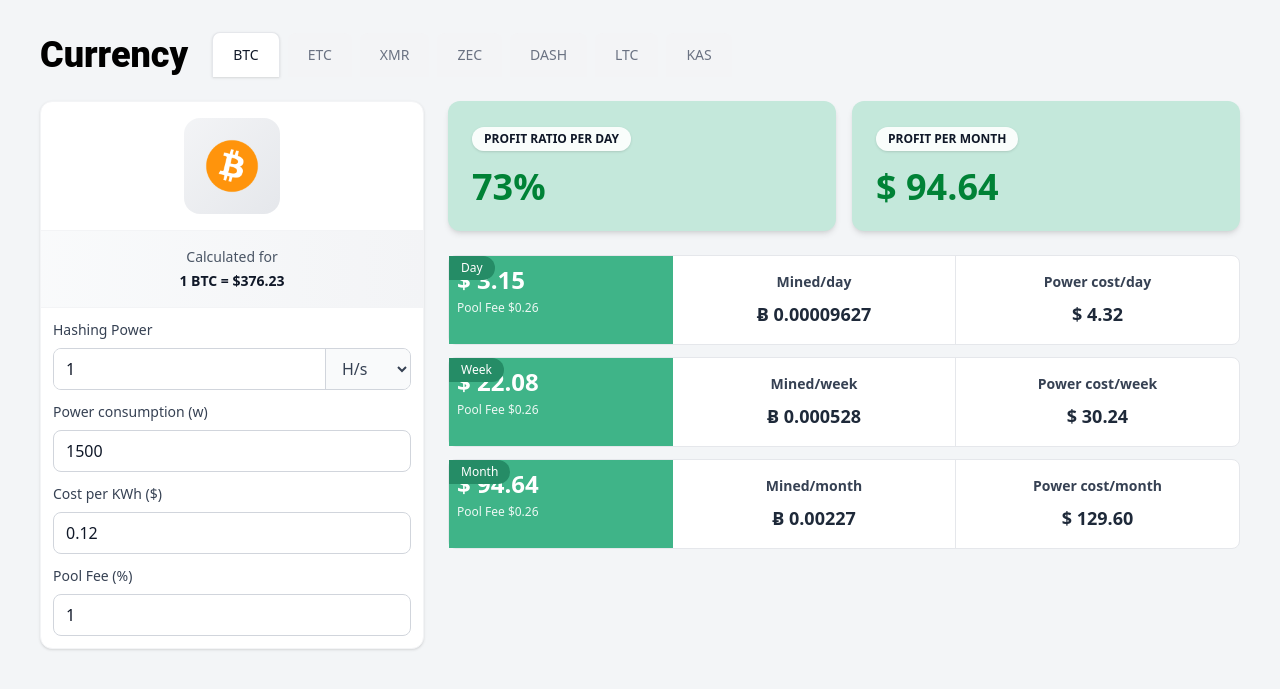
Repository: Bilal-Ahmad-CodeMaster/crypto-proj
Page: /
The author's editor kept a copy of each file at every save. The page is drawn from the files as they stood at one save, then again after a run of saves.
The browser window is 1280 px wide. The pictures show the whole page.
The project was rebuilt for these pictures with package versions that can differ from the ones it lists, and the page was loaded fresh each time. The framework's server and built-in components were replaced by stand-ins that run in the browser. Also part of the build but not shown: next.config.ts.

Above is the page before, as saved 2025-11-25 22:47:28.

After the next 4 saves:
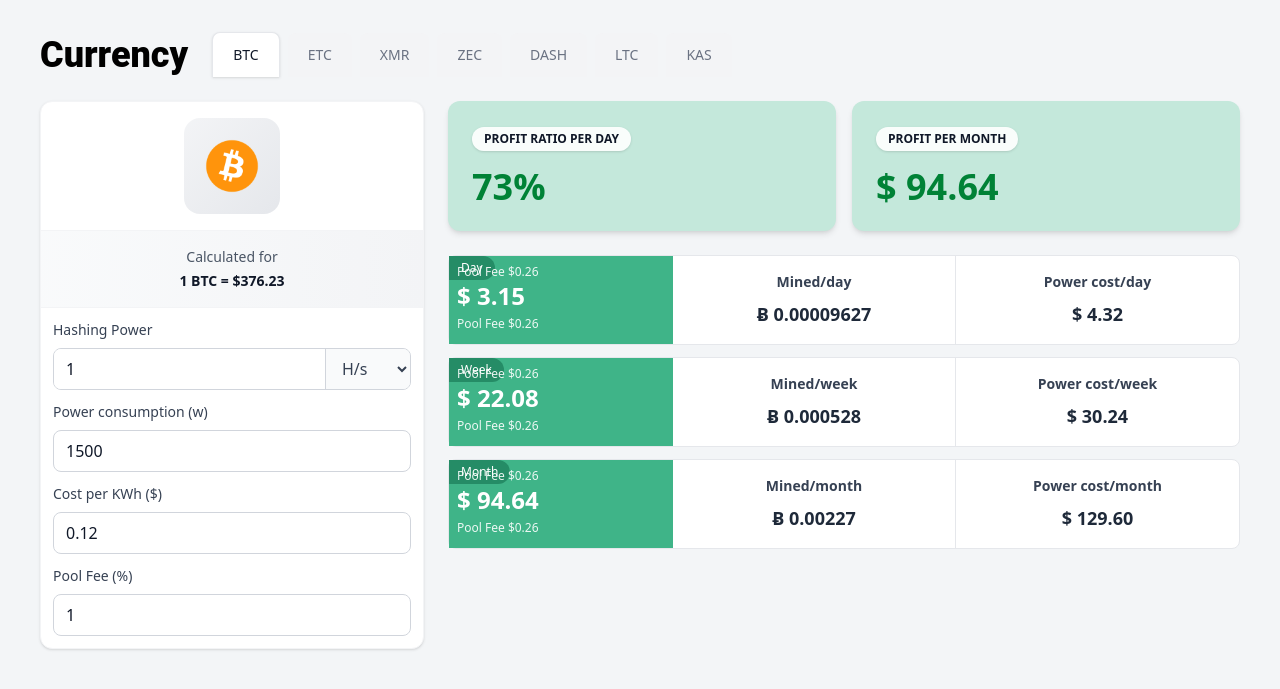
The 4 saves are shown as one change because they came seconds apart.
The last was saved 23 s later.
--- a/src/app/components/ResultCards.tsx
+++ b/src/app/components/ResultCards.tsx
@@ -18,6 +18,7 @@
                 <div className={`w-56 p-2 text-white relative ${positive ? 'bg-[#3FB488]' : 'bg-[#F15C5C]'}`}>
                     <div className={`text-xs font-medium inline-block px-3 py-1 rounded-r-full mb-3 absolute top-0 left-0 ${positive ? 'bg-[#258C66]' : 'bg-[#C14848]'}`}>{title}</div>
                     <div>
+                        <div className="text-xs opacity-90">Pool Fee $0.26</div>
                         <div className="text-2xl font-bold mb-1">{money}</div>
                         <div className="text-xs opacity-90">Pool Fee $0.26</div>
                     </div>
